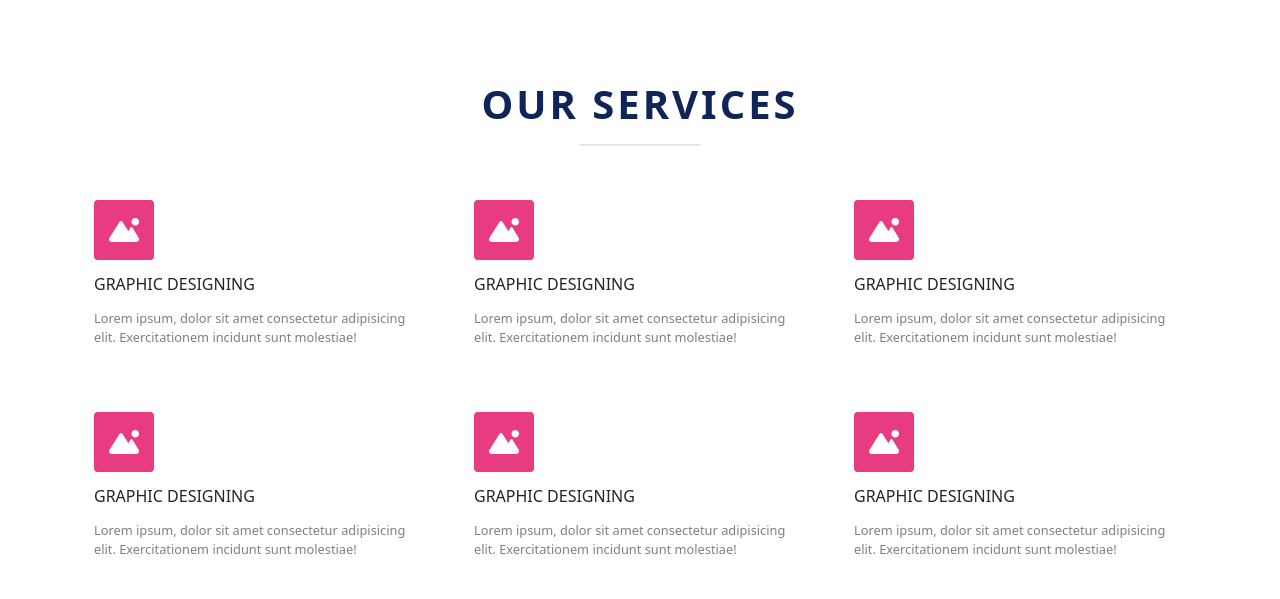
Repository: lhggiang/CaseStudy
Page: index.html
The author's editor kept a copy of each file at every save. The page is drawn from the files as they stood at one save, then again after the next save.
The browser window is 1280 px wide. The pictures show the part of the page from y = 778 to 1397 px (the page is 1377 px tall before and 1397 px after).
Backgrounds fixed to the window are drawn as part of the page. Some web libraries are served in a nearby version. The style sheet was rebuilt from its Sass, Less or Tailwind sources for each picture, by a compiler version that may differ from the author's.

Above is the page before, as saved 2023-02-22 15:16:56.

### index.html
<!DOCTYPE html>
<html lang="en">

<head>
    <meta charset="UTF-8">
    <meta http-equiv="X-UA-Compatible" content="IE=edge">
    <meta name="viewport" content="width=device-width, initial-scale=1.0">
    <title>Document</title>
    <link rel="stylesheet" href="./style.css">
    <!-- git remote add origin https://github.com/lhggiang/CaseStudy.git -->
    <link href="https://cdn.jsdelivr.net/npm/bootstrap@5.3.0-alpha1/dist/css/bootstrap.min.css" rel="stylesheet"
        integrity="sha384-GLhlTQ8iRABdZLl6O3oVMWSktQOp6b7In1Zl3/Jr59b6EGGoI1aFkw7cmDA6j6gD" crossorigin="anonymous">
    <link rel="stylesheet" href="https://cdnjs.cloudflare.com/ajax/libs/font-awesome/6.3.0/css/all.min.css">
    <link rel="stylesheet" href="./assets/css/style.css">
</head>

<body>
    <!-- Navbar -->
    <nav class="navbar navbar-expand-lg bg-white">
        <div class="container">
            <a class="navbar-brand" href="#">HG.Travel</a>
            <button class="navbar-toggler" type="button" data-bs-toggle="collapse" data-bs-target="#navbarNav"
                aria-controls="navbarNav" aria-expanded="false" aria-label="Toggle navigation">
                <span class="navbar-toggler-icon"></span>
            </button>
            <div class="collapse navbar-collapse" id="navbarNav">
                <ul class="navbar-nav ms-auto">
                    <li class="nav-item">
                        <a class="nav-link active" aria-current="page" href="#">HOME</a>
                    </li>
                    <li class="nav-item">
                        <a class="nav-link" href="#">SERVICES</a>
                    </li>
                    <li class="nav-item">
                        <a class="nav-link" href="#">PORTFOLIO</a>
                    </li>
                    <li class="nav-item">
                        <a class="nav-link" href="#">FEATURES</a>
                    </li>
                    <li class="nav-item">
                        <a class="nav-link" href="#">TEAM</a>
                    </li>
                    <li class="nav-item">
                        <a class="nav-link" href="#">TESTIMONIALS</a>
                    </li>
                    <li class="nav-item">
                        <a class="nav-link" href="#">CONTACT</a>
                    </li>
                </ul>
            </div>
        </div>
    </nav>
    <!-- Hero -->
    <div class="hero">
        <div class="container text-center">
            <div class="row justify-content-center">
                <div class="col-md-10">
                    <h1 class="text-white display-3">WE ARE CREATIVE AGENCY, CREATIVE PEOPLE</h1>
                    <p class="text-white">Lorem ipsum dolor sit amet consectetur, adipisicing elit. Expedita, soluta
                        fugit
                        voluptatibus veritatis voluptas dolores eligendi ducimus enim blanditiis cupiditate.</p>
                    <a href="#" class="btn btn-danger">Contact</a>
                </div>
            </div>
        </div>
    </div>
    <!-- Services -->
    <div class="services">
        <div class="container">
            <div class="row">
                <div class="col-12 services__intro">
                    <h1>Our Services</h1>
                    <div class="services__line"></div>
                </div>
            </div>
            <div class="row services__components">
                <div class="col-lg-4 col-sm-6 p-4">
                    <div class="services__icon">
                        <i class="fa-solid fa-mountain-sun"></i>
                    </div>
                    <h4 class="services__title">GRAPHIC DESIGNING</h4>
                    <p class="services__content">Lorem ipsum, dolor sit amet consectetur adipisicing elit.
                        Exercitationem incidunt sunt molestiae!
                    </p>
                </div>
                <div class="col-lg-4 col-sm-6 p-4">
                    <div class="services__icon">
                        <i class="fa-solid fa-mountain-sun"></i>
                    </div>
                    <h4 class="services__title">GRAPHIC DESIGNING</h4>
                    <p class="services__content">Lorem ipsum, dolor sit amet consectetur adipisicing elit.
                        Exercitationem incidunt sunt molestiae!
                    </p>
                </div>
                <div class="col-lg-4 col-sm-6 p-4">
                    <div class="services__icon">
                        <i class="fa-solid fa-mountain-sun"></i>
                    </div>
                    <h4 class="services__title">GRAPHIC DESIGNING</h4>
                    <p class="services__content">Lorem ipsum, dolor sit amet consectetur adipisicing elit.
                        Exercitationem incidunt sunt molestiae!
                    </p>
                </div>
                <div class="col-lg-4 col-sm-6 p-4">
                    <div class="services__icon">
                        <i class="fa-solid fa-mountain-sun"></i>
                    </div>
                    <h4 class="services__title">GRAPHIC DESIGNING</h4>
                    <p class="services__content">Lorem ipsum, dolor sit amet consectetur adipisicing elit.
                        Exercitationem incidunt sunt molestiae!
                    </p>
                </div>
                <div class="col-lg-4 col-sm-6 p-4">
                    <div class="services__icon">
                        <i class="fa-solid fa-mountain-sun"></i>
                    </div>
                    <h4 class="services__title">GRAPHIC DESIGNING</h4>
                    <p class="services__content">Lorem ipsum, dolor sit amet consectetur adipisicing elit.
                        Exercitationem incidunt sunt molestiae!
                    </p>
                </div>
                <div class="col-lg-4 col-sm-6 p-4">
                    <div class="services__icon">
                        <i class="fa-solid fa-mountain-sun"></i>
                    </div>
                    <h4 class="services__title">GRAPHIC DESIGNING</h4>
                    <p class="services__content">Lorem ipsum, dolor sit amet consectetur adipisicing elit.
                        Exercitationem incidunt sunt molestiae!
                    </p>
                </div>
            </div>
        </div>
    </div>
</body>
<script src="https://cdn.jsdelivr.net/npm/bootstrap@5.3.0-alpha1/dist/js/bootstrap.bundle.min.js"
    integrity="sha384-w76AqPfDkMBDXo30jS1Sgez6pr3x5MlQ1ZAGC+nuZB+EYdgRZgiwxhTBTkF7CXvN"
    crossorigin="anonymous"></script>

</html>

### style.scss
* {
  box-sizing: border-box;
}

body {
  font-size: 62.5%;
}

$font-size: 0.9rem;
$color-pink: #e93b81;
$font-weight: 500;

// Navbar
.navbar {
  border-bottom: 2px solid rgba(0, 0, 0, 0.1);
  .navbar-brand {
    font-weight: $font-weight;
    color: #11245a;
  }
  .nav-link {
    font-size: $font-size;
    font-weight: $font-weight;
    letter-spacing: 0.05rem;
    &.active {
      color: $color-pink;
    }
  }
}

//Hero
.hero {
  background-image: linear-gradient(
      to right,
      rgb(67, 67, 67, 0.8) 0%,
      rgb(0, 0, 0, 0.8) 100%
    ),
    url("https://images.unsplash.com/photo-1539635278303-d4002c07eae3?ixlib=rb-4.0.3&ixid=MnwxMjA3fDB8MHxwaG90by1wYWdlfHx8fGVufDB8fHx8&auto=format&fit=crop&w=1170&q=80");
  min-height: 100vh;
  background-size: cover;
  background-position: center;
  background-attachment: fixed;
  display: flex;
  align-items: center;

  h1 {
    font-weight: $font-weight;
  }

  p {
    font-size: $font-size;
    max-width: 30rem;
    margin: 20px auto;
  }

  .btn {
    font-weight: $font-weight;
    font-size: $font-size;
    padding: 8px 22px;
    border-radius: 0;
  }
}

//Services
.services {
  &__intro {
    text-align: center;
    margin-top: 80px;
    h1 {
      color: #11245a;
      text-transform: uppercase;
      font-weight: 600;
      letter-spacing: 3px;
    }
    .services__line {
      width: 120px;
      height: 2px;
      background-color: rgba(0, 0, 0, 0.1);
      margin: 16px auto 0 auto;
    }
  }
  &__icon {
    width: 60px;
    height: 60px;
    background-color: $color-pink;
    color: #fff;
    border-radius: 4px;
    display: flex;
    align-items: center;
    justify-content: center;
    font-size: 1.5rem;
    flex: none;
  }
  &__title {
    font-size: 1rem;
    margin: 15px 0;
  }
  &__content {
    font-size: 0.8rem;
    color: rgba(0, 0, 0, 0.5);
  }
  &__components {
    margin-top: 30px;
  }
}

After the next save:
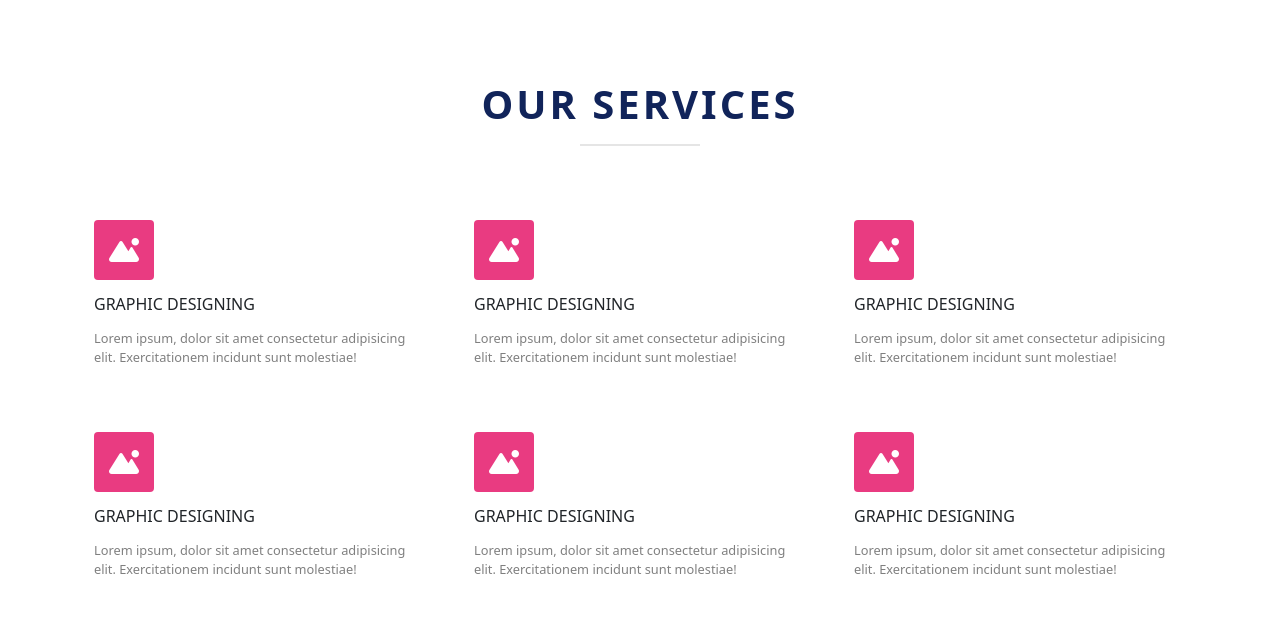
Saved 9 s later.
--- a/style.scss
+++ b/style.scss
@@ -99,6 +99,6 @@ $font-weight: 500;
     color: rgba(0, 0, 0, 0.5);
   }
   &__components {
-    margin-top: 30px;
+    margin-top: 50px;
   }
 }
